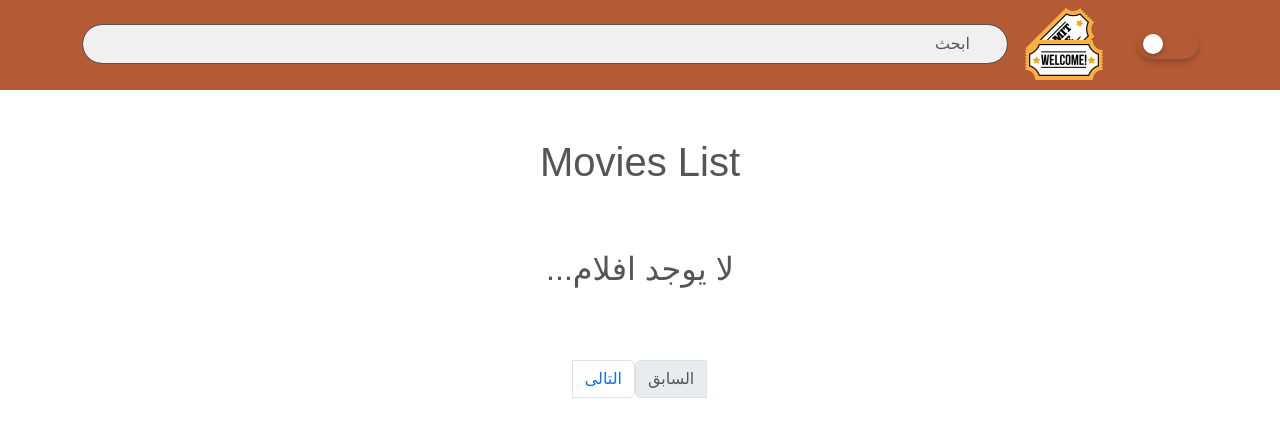
Repository: kerlos-alfy/Movie-List
Page: /
An editor plug-in stored every save of this project. The page is shown before and after the next save, followed by the edit.
The browser window is 1280 px wide. The pictures show the whole page.
The page's requests for data from a server got no answer. The project was rebuilt for these pictures with package versions that can differ from the ones it lists, and the page was loaded fresh each time. No one was signed in, and anything a server would have sent is missing. Also part of the build but not shown: vite.config.js, src/App.css, src/components/CardMovie.jsx.

Above is the page before, as saved 2025-01-16 05:14:55.

### index.html
<!DOCTYPE html>
<html lang="ar" dir="rtl">
	<head>
		<meta charset="UTF-8" />
		<link rel="icon" type="image/svg+xml" href="https://www.svgrepo.com/show/289436/movies-clapperboard.svg" />
		<link
			rel="stylesheet"
			href="https://cdn.jsdelivr.net/npm/bootstrap@5.3.3/dist/css/bootstrap.min.css"
			integrity="sha384-QWTKZyjpPEjISv5WaRU9OFeRpok6YctnYmDr5pNlyT2bRjXh0JMhjY6hW+ALEwIH"
			crossorigin="anonymous" />
		<meta name="viewport" content="width=device-width, initial-scale=1.0" />
		<title>Movies List</title>
	</head>
	<body>
		<div id="root"></div>
		<script type="module" src="/src/main.jsx"></script>
	</body>
</html>

### src/index.css
/* المتغيرات العامة */
:root {
	--background-color: white;
	--text-color: #555555;
	--primary-color: #b45b35;
	--card-background: #f8f8f8;
	--overlay-background: #393839;
}

/* الوضع الداكن */
.dark-mode {
	--background-color: #121212;
	--text-color: #f0f0f0;
	--primary-color: #ff6f61;
	--card-background: #1e1e1e;
	--overlay-background: #333333;
}

/* أنماط عامة */
body {
	margin: 0;
	background-color: var(--background-color);
	color: var(--text-color);
}

.color-body {
	background-color: var(--background-color);
	height: 100vh;
}

.nav-style {
	height: 90px;
	width: 1440px;
	background-color: var(--primary-color);
}

.logo {
	height: 72px;
	width: 78px;
}

.search {
	position: relative;
}

.search input {
	height: 40px;
	text-indent: 25px;
	border-radius: 20px;
	border: 1px solid var(--text-color);
	background-color: #f0f0f0;
	color: var(--text-color);
}

.search input:focus {
	box-shadow: none;
	border: 2px solid var(--primary-color);
}

.search .fa-search {
	position: absolute;
	top: 12px;
	left: 16px;
	color: var(--text-color);
}

.card {
	position: relative;
	transition: all 0.5s ease-in;
	cursor: pointer;
	height: 375px;
}

.card__image {
	display: block;
	width: 100%;
	height: 100%;
	border-radius: 5px;
}

.card__overlay {
	position: absolute;
	top: 0;
	bottom: 0;
	left: 0;
	right: 0;
	height: 100%;
	width: 100%;
	opacity: 0;
	visibility: none;
	transition: 0.5s ease;
	background-color: var(--overlay-background);
}

.card:hover .card__overlay {
	opacity: 0.8;
}

.overlay__text {
	color: var(--text-color);
	font-size: 16px;
	font-weight: bold;
	position: absolute;
	top: 50%;
	left: 50%;
	-webkit-transform: translate(-50%, -50%);
	-ms-transform: translate(-50%, -50%);
	transform: translate(-50%, -50%);
}

.font {
	font-family: "Almarai", sans-serif;
	font-family: "Cairo", sans-serif;
}

.color {
	color: var(--primary-color);
	background-color: var(--primary-color);
}

.card-detalis {
	height: 370px;
	border-radius: 20px;
	background-color: var(--card-background);
}

.card-story {
	height: 300px;
	border-radius: 20px;
	background-color: var(--card-background);
}

.img-movie {
	height: 360px;
	padding: 10px;
	border-radius: 20px;
}

.card-text-details {
	color: var(--text-color);
	font-family: Almarai;
	font-size: 28px;
	font-weight: bold;
	letter-spacing: 0;
	line-height: 49px;
}

.card-text-story {
	color: var(--text-color);
	font-family: Almarai;
	font-size: 18px;
	letter-spacing: 0;
	line-height: 32px;
}

.card-text-title {
	color: var(--text-color);
	font-family: Almarai;
	font-size: 36px;
	font-weight: bold;
	letter-spacing: 0;
	line-height: 49px;
}

.toggle-btn {
	position: relative;
	width: 60px;
	height: 30px;
	background-color: var(--primary-color);
	border-radius: 15px;
	cursor: pointer;
	transition: background-color 0.3s ease-in-out;
	display: flex;
	align-items: center;
	padding: 5px;
	box-shadow: 0 4px 6px rgba(0, 0, 0, 0.2);
}

.toggle-btn::before {
	content: "";
	position: absolute;
	top: 50%;
	left: 5px;
	width: 20px;
	height: 20px;
	background-color: #fff;
	border-radius: 50%;
	transform: translateY(-50%);
	transition: all 0.3s ease-in-out;
	box-shadow: 0 2px 4px rgba(0, 0, 0, 0.3);
}

.toggle-btn.dark {
	background-color: #555;
}

.toggle-btn.dark::before {
	left: 35px;
}

### src/App.jsx
import "./App.css";
import { Container } from "react-bootstrap";
import NavBar from "./components/NavBar";
import MoviesList from "./components/MoviesList";
import axios from "axios";
import { useState, useEffect } from "react";
function App() {
	const [movies, setMovies] = useState([]);
	const [pageCount, setPageCount] = useState(0);
	const getAllMovies = async () => {
		const res = await axios.get("https://api.themoviedb.org/3/movie/popular?api_key=3ac2c05f95f92e69875f1b70453ca0cd&language=ar");
		setMovies(res.data.results);
		setPageCount(res.data.total_pages);
	};
	const search = async (word) => {
		if (word === "") {
			getAllMovies();
		} else {
			const res = await axios.get(`https://api.themoviedb.org/3/search/movie?api_key=3ac2c05f95f92e69875f1b70453ca0cd&query=${word}&language=ar`);
			setMovies(res.data.results);
			setPageCount(res.data.total_pages);
		}
	};

	//get current page
	const getPage = async (page) => {
		const res = await axios.get(`https://api.themoviedb.org/3/movie/popular?api_key=3ac2c05f95f92e69875f1b70453ca0cd&language=ar&page=${page}`);
		setMovies(res.data.results);
		setPageCount(res.data.total_pages);
	};

	useEffect(() => {
		getAllMovies();
	}, []);
	return (
		<div className="font color-body">
			<NavBar search={search} />
			<Container>
				<h1 className="text-center mt-5">Movies List</h1>
				<MoviesList movies={movies} pageCount={pageCount} getPage={getPage} />
			</Container>
		</div>
	);
}

export default App;

### src/components/NavBar.jsx
/* eslint-disable react/prop-types */
import { Container, Row, Col } from "react-bootstrap";
import DarkModeToggle from "./DarkModeToggle";

function NavBar({ search }) {
	const onSearch = (word) => {
		search(word);
	};
	return (
		<div className="nav-style w-100">
			<Container>
				<Row className="pt-2">
					{/* زر الوضع الداكن */}
					<Col xs="2" lg="1" className="d-flex align-items-center">
						<DarkModeToggle />
					</Col>

					{/* الشعار */}
					<Col xs="2" lg="1" className="d-flex align-items-center">
						<a href="/">
							<img className="logo" src="logo.png" alt="Logo" />
						</a>
					</Col>

					{/* مربع البحث */}
					<Col xs="8" lg="10" className="d-flex align-items-center">
						<div className="search w-100">
							<i className="fa fa-search"></i>
							<input
								onChange={(e) => {
									onSearch(e.target.value);
								}}
								type="text"
								className="form-control"
								placeholder="ابحث"
							/>
						</div>
					</Col>
				</Row>
			</Container>
		</div>
	);
}

export default NavBar;

### src/components/MoviesList.jsx
/* eslint-disable react/prop-types */
import { Row } from "react-bootstrap";
import CardMovie from "./CardMovie";
import PaginationComponent from "./Pagination";
function MoviesList({ movies, pageCount, getPage }) {
	return (
		<Row className="mt-3">
			{movies.length >= 1 ? (
				movies.map((mov) => {
					return <CardMovie key={mov.id} mov={mov} />;
				})
			) : (
				<h2 className="text-center p-5">لا يوجد افلام...</h2>
			)}
			<PaginationComponent pageCount={pageCount} getPage={getPage} />
		</Row>
	);
}

export default MoviesList;

### src/components/DarkModeToggle.jsx
import { useState, useEffect } from "react";
function DarkModeToggle() {
	const [isDarkMode, setIsDarkMode] = useState(() => {
		return localStorage.getItem("dark-mode") === "true" || false;
	});

	useEffect(() => {
		if (isDarkMode) {
			document.body.classList.add("dark-mode");
		} else {
			document.body.classList.remove("dark-mode");
		}
		localStorage.setItem("dark-mode", isDarkMode);
	}, [isDarkMode]);

	return <div className={`toggle-btn ${isDarkMode ? "dark" : ""}`} onClick={() => setIsDarkMode(!isDarkMode)}></div>;
}

export default DarkModeToggle;

### src/components/Pagination.jsx
/* eslint-disable react/prop-types */
import ReactPaginate from "react-paginate";
import { Pagination } from "react-bootstrap";

function PaginationComponent({ pageCount, getPage }) {
	const handlePageClick = (data) => {
		getPage(data.selected + 1);
	};
	return (
		<ReactPaginate
			breakLabel="..."
			nextLabel="التالى"
			onPageChange={handlePageClick}
			marginPagesDisplayed={2}
			pageRangeDisplayed={2}
			pageCount={pageCount}
			previousLabel="السابق"
			containerClassName={"pagination justify-content-center p-3"}
			pageClassName={"page-item"}
			pageLinkClassName={"page-link"}
			previousClassName={"page-item"}
			nextClassName={"page-item"}
			previousLinkClassName={"page-link"}
			nextLinkClassName={"page-link"}
			breakClassName={"page-item"}
			breakLinkClassName={"page-link"}
			activeClassName={"active"}
		/>
	);
}

export default PaginationComponent;

Loaded but not shown: src/main.jsx (common file)

After the next save:
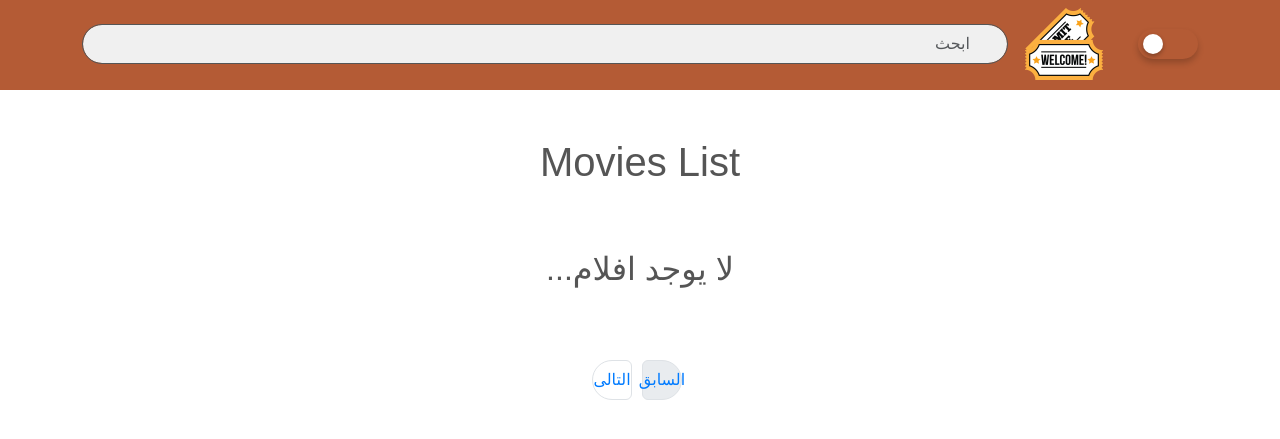
Saved 17 s later.
--- a/src/index.css
+++ b/src/index.css
@@ -197,3 +197,26 @@ body {
 .toggle-btn.dark::before {
 	left: 35px;
 }
+
+.pagination .page-link {
+	color: #007bff; /* لون الروابط */
+	border: 1px solid #dee2e6; /* تحديد الإطار */
+	border-radius: 50%; /* شكل دائري للأزرار */
+	width: 40px;
+	height: 40px;
+	display: flex;
+	align-items: center;
+	justify-content: center;
+	margin: 0 5px;
+}
+
+.pagination .page-item.active .page-link {
+	background-color: #007bff; /* لون الخلفية */
+	color: white; /* لون النص */
+	border-color: #007bff; /* لون الإطار */
+}
+
+.pagination .page-item:hover .page-link {
+	background-color: #e9ecef; /* لون عند التمرير */
+	color: #007bff;
+}
